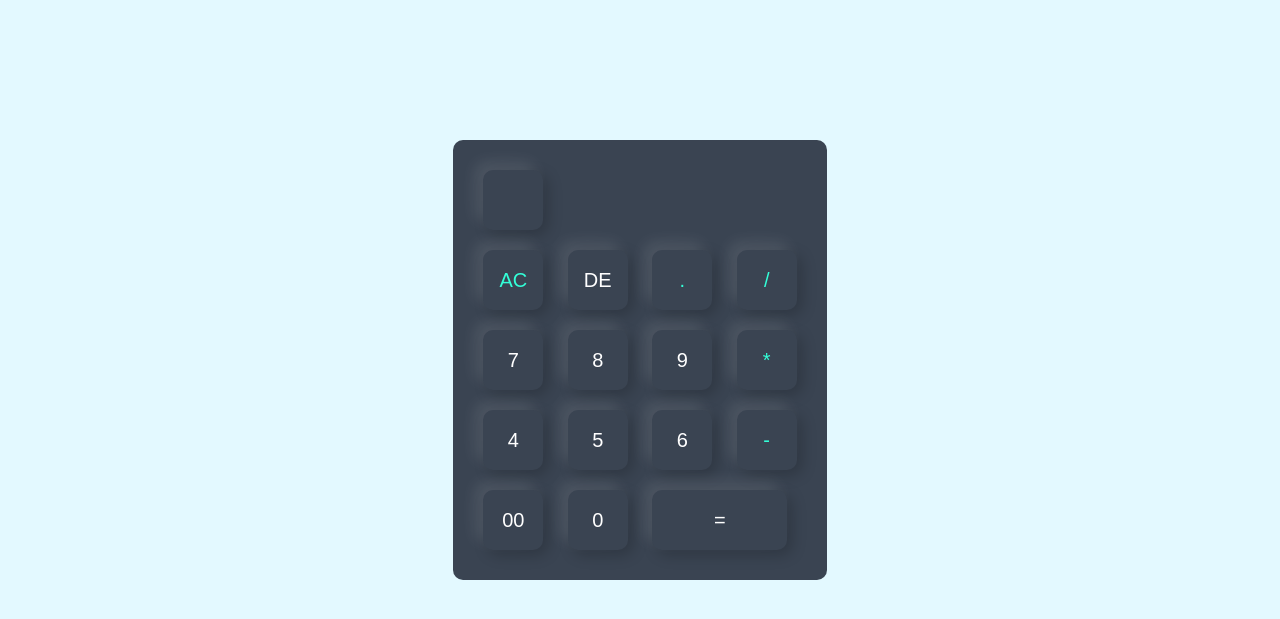
Repository: YAAMAR/calculator
Page: index.html
These files come from the project's save history. The page is drawn as it stood at one moment and after a run of saves; the edit follows.
The browser window is 1280 px wide. The pictures show the whole page.

Above is the page before, as saved 2024-05-02 22:35:42.

### index.html
<!DOCTYPE html>
<html lang="en">
<head>
    <meta charset="UTF-8">
    <meta name="viewport" content="width=device-width, initial-scale=1.0">
    <title>Calculator using javascript-Easy Tutorials</title>
    <link rel="stylesheet" href="style.css">
</head>
<body>
    <div class="container">
        <div class="calculator">
            <form >
                <div class="display">
                    <input type="text" name="display">
                </div>
                <div>
                    <input type="button" value="AC" onclick="display.value=''" class="operator">
                    <input type="button" value="DE" onclick="display.value=display.value.toString().slice (0,-1)">
                    <input type="button" value="." onclick="display.value+='.'" class="operator">
                    <input type="button" value="/" onclick="display.value+='/'" class="operator">
                </div>
                    <div>
                        <input type="button" value="7" onclick="display.value+='7'">
                        <input type="button" value="8" onclick="display.value+='8'" >
                        <input type="button" value="9" onclick="display.value+='9'">
                        <input type="button" value="*" onclick="display.value+='*'" class="operator">
                    </div>
                    <div>
                        <input type="button" value="4" onclick="display.value+='4'">
                        <input type="button" value="5" onclick="display.value+='5'">
                        <input type="button" value="6" onclick="display.value+='5'">
                        <input type="button" value="-" onclick="display.value+='-'" class="operator">
                    </div>
                <div>
                      <input type="button" value="00" onclick="display.value+='00'">
                    <input type="button" value="0" onclick="display.value+='0'">
                    <input type="button" value="=" onclick="display.value=eval(display.value)"
                    class="equal">
                </div>
            </form>
        </div>
    </div>
</body>
</html>

### style.css
*{
    margin: 0;
    padding: 0;
    font-family: 'poppies',sans-serif;
    box-sizing: border-box;
}
.container{
    width: 100%;
    height: 100vh;
    background: #e3f9ff;
    display: flex;
    align-items: center;
    justify-content: center;
}
.calculator{
    background: #3a4452;
    padding: 20px;
    border-radius: 10px;
}
.calculator form input{
    border: 0;
    outline: 0;
    width: 60px;
    height: 60px;
    border-radius: 10px;
    box-shadow: -8px -8px 15px rgba(255, 255, 255, 0.1),5px 5px 15px rgba(0, 0, 0, 0.2);
    background: transparent;
    font-size: 20px;
    color: #fff;
    cursor: pointer;
    margin: 10px;
}
form.display{
    display: flex;
    justify-content: flex-end;
    margin: 20px 0;
}
form.display input{
    text-align: right;
    flex: 1;
    font-size: 45px;
    box-shadow: none;

}
form input.equal{
    width: 135px;
}
form input.operator{
    color: #33ffd8;
}

After the next 2 saves:
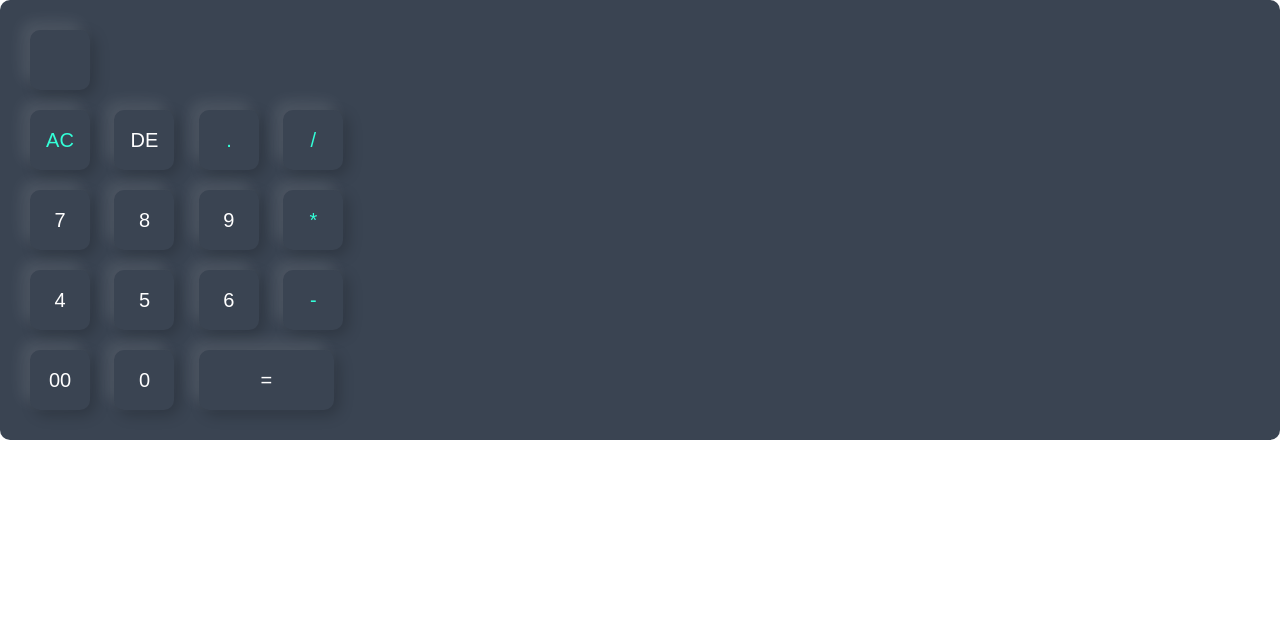
The 2 saves are shown as one change because they came seconds apart.
The last was saved 6 min 5 s later.
--- a/index.html
+++ b/index.html
@@ -7,7 +7,7 @@
     <link rel="stylesheet" href="style.css">
 </head>
 <body>
-    <div class="container">
+    <div class="Container">
         <div class="calculator">
             <form >
                 <div class="display">
